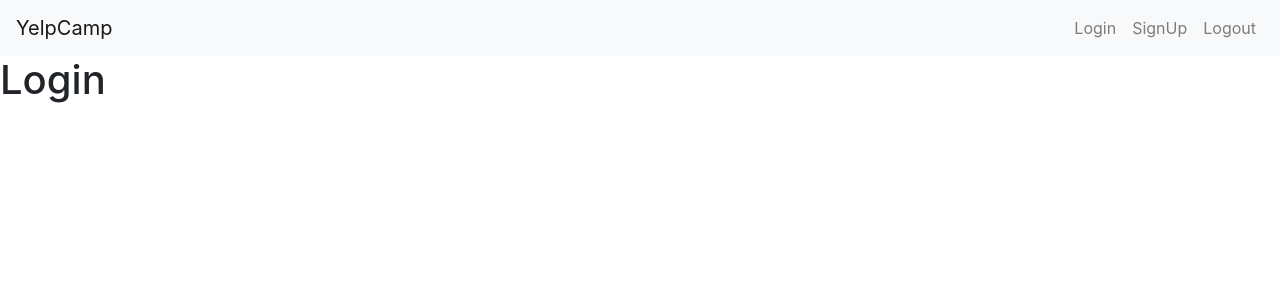
Repository: ninad1999/Yelp-Camp
Page: http://localhost/login
The author's editor kept a record of every edit. The page is drawn from the files as they stood at one moment, then again after the next edit.
The browser window is 1280 px wide. The pictures show the whole page.
The page is served by the project's Node server (V6/app.js).

Above is the page before.

After the next edit:
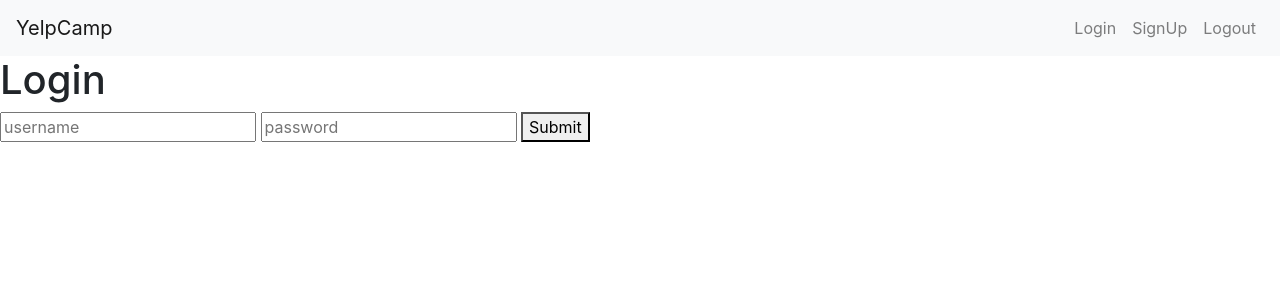
The edit:
--- a/workspace/V6/views/login.ejs
+++ b/workspace/V6/views/login.ejs
@@ -1,4 +1,11 @@
 <% include ./partials/header %>
+
 <h1>Login</h1>
 
+<form action="/login" method="POST">
+    <input type="text" name="username" placeholder="username">
+    <input type="password" name="password" placeholder="password">
+    <button>Submit</button>
+</form>
+
 <% include ./partials/footer %>
